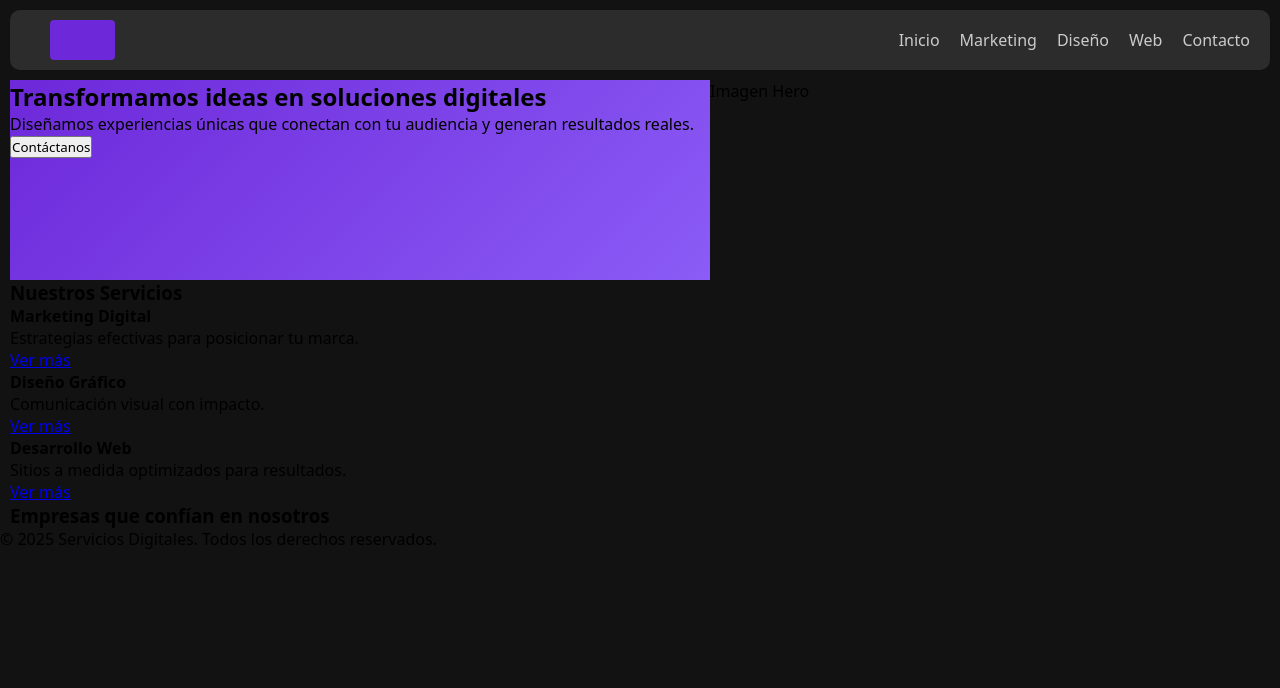
Repository: santinogarrone/TrabajoAgustin
Page: html/index.html
An editor plug-in stored every save of this project. The page is shown before and after a run of saves, followed by the edit.
The browser window is 1280 px wide. The pictures show the whole page.

Above is the page before, as saved 2025-05-02 12:03:15.

### html/index.html
<!DOCTYPE html>
<html lang="en">
<head>
    <meta charset="UTF-8">
    <meta name="viewport" content="width=device-width, initial-scale=1.0">
    <link rel="stylesheet" href="../css/style.css">
    <title>Página de Agustin</title>
</head>
<body>

    <header>
        <nav class="nav-bar">
            <div class="cuadrado-violeta">

            </div>


            <ul class="nav-list">
                <li class="nav-item"><a href="">Inicio</a></li>
                <li class="nav-item"><a href="">Marketing</a></li>
                <li class="nav-item"><a href="">Diseño</a></li>
                <li class="nav-item"><a href="">Web</a></li>
                <li class="nav-item"><a href="">Contacto</a></li>
            </ul>

            <button class="menu-icon" aria-label="menu">
                <span class="menu-line"></span>
                <span class="menu-line"></span>
                <span class="menu-line"></span>
            </button>
        </nav>
    </header>
        <main>

            <section class="main-contact">
                <div class="contacto">
                    <h2 class="tit-contacto">Transformamos ideas en soluciones digitales</h2>
                    <p class="explicacion">Diseñamos experiencias únicas que conectan con tu audiencia y generan resultados reales.</p>

                    <button class="boton-contactar" onclick="location.href='../html/contacto.html'">
                        Contáctanos
                    </button>
                </div>

                <div class="img-hero">
                    Imagen Hero
                </div>
            </section>

            <section class="servicios">
                <h3>Nuestros Servicios</h3>

                <div class="card">
                    <h4>Marketing Digital</h4>
                    <p>Estrategias efectivas para posicionar tu marca.</p>
                    <a href="../html/marketing.html">Ver más</a>
                </div>

                <div class="card">
                    <h4>Diseño Gráfico</h4>
                    <p>Comunicación visual con impacto.</p>
                    <a href="#">Ver más</a>
                </div>

                <div class="card">
                    <h4>Desarrollo Web</h4>
                    <p>Sitios a medida optimizados para resultados.</p>
                    <a href="#">Ver más</a>
                </div>

            </section>

            <section class="empresas">
                <h3>Empresas que confían en nosotros</h3>
                <article class="logos">
                    <div class="logo"></div>
                    <div class="logo"></div>
                    <div class="logo"></div>
                    <div class="logo"></div>
                </article>

            </section>

        </main>

    <footer>
        <div class="ftr">
            <p>&copy; 2025 Servicios Digitales. Todos los derechos reservados.</p>
        </div>
    </footer>
</body>
</html>

### css/style.css
@import url(./global.css);

*{
    margin: 0;
    padding: 0;
    box-sizing: border-box;
    font-family: var(--font-family);
}


body{
    background-color: var(--fondo-color);
    height: 100%;
}
main{
    margin: 0 10px;
}

header{
    padding: 10px;
}
.cuadrado-violeta{
    display: block;
    width: 65px;
    height: 40px;
    background-color: var(--primary-color-original);
    border-radius: 4px;
    margin-left: 20px;
}


.nav-bar {
    display: flex;
    align-items: center;
    justify-content: space-between;
    background-color: #2c2c2c;
    padding: 10px 20px;
    border-radius: 10px;
    position: relative;
  }

  .menu-icon {
    display: none;
  }

  .menu-line {
    height: 4px;
    background-color: white;
    border-radius: 2px;
    width: 100%;
  }

  .nav-list {
    display: flex;
    gap: 20px;
    list-style: none;
    margin: 0;
    padding: 0;
  }

  .nav-item a {
    color: #ccc;
    text-decoration: none;
  }

  .main-contact{
    display: flex;
  }
  .main-contact .contacto{
    background: var(--primary-color-gradient);
    width: 700px;
    height: 200px
  }

@media (375px >= width) {

    .hero-img{
        display: none;
    }
    .hero-texto p{
        display: none;
    }
    body{
        background-color: var(--fondo-color);
        height: 100%;
    }

    header{
        background-color: var(--superficie-dos);
        position: sticky;
        top: 0;
        margin: 0;
        border-radius: 0;
    }

    main{
        margin: 0px;
    }
    .explicacion{
        display: none;
    }

    .nav-list{
        display: none;
    }

    .img-hero{
        display: none;
    }
    .cuadrado-violeta{
        display: block;
        width: 65px;
        height: 40px;
        background-color: var(--primary-color-original);
        border-radius: 4px;
        margin-left: 20px;
    }

    .menu-icon{
        width: 30px;
        height: 30px;
        background: transparent;
        display: flex;
        flex-direction: column;
        gap: 4px;
        height: fit-content;
        border: none;
    }

    .menu-line{
        width: 100%;
        height: 4px;
        background-color: var(--texto-color);
        border: none;
        border-radius: 4px;

    }

    .nav-bar{
        display: flex;
        justify-content: space-between;
        align-items: center;
        padding: 5px 16px;
    }


    .main-contact{
        display: flex;
        padding: 24px;
        justify-content: center;
        align-items: center;
    }

    .contacto{
        display: block;
        padding: 34px;
        background: var(--primary-color-gradient);
        border-radius: 10px;
        color: var(--texto-color);
        height: auto;
        font-size: 12px;
    }

    .contacto .tit-contacto{
        text-align: center;
        align-items: center;
        font-weight: bold;
        margin-top: 30px;
    }

    .boton-contactar{
        display: block;
        margin: 0 auto;
        margin-bottom: 20px;
        margin-top: 12px;
        padding: 5px 20px;
        color: var(--primary-claro);
        background-color: var(--fondo-color);
        border-radius: 6px;
        cursor: pointer;
    }

    .servicios{
        display: flex;
        flex-direction: column;
        margin: 0 20px;
    }

    .servicios h3{
        color: var(--texto-color);
    }

    .card{
        margin-top: 5px;
        align-items: center;
        justify-content: center;
        background-color: var(--superficie-dos);
        border-radius: 8px;
        padding: 12px;
        margin-bottom: 15px;
    }

    .card h4{
        color: var(--texto-color);
    }

    .card p{
        color: var(--texto-secundario);
        padding-bottom: 20px;
    }

    .card a{
        display: inline-block;
        margin-bottom: 20px;
        color: var(--texto-color);
        cursor: pointer;
    }

    .empresas{
        display: flex;
        flex-direction: column;
        align-items: flex-start;
        margin-left: 20px;
    }

    .empresas h3{
        color: var(--texto-color);
        margin-bottom: 1rem;
    }

    .logos{
        margin-top: 5px;
        width: 335px;
        display: flex;
        justify-content: center;
        align-items : center;
        gap: 5px;
        background-color: var(--superficie-dos);
        border-radius: 8px;
        padding: 20px;
        margin-bottom: 10px;
    }

    .logo{
        width: 60px;
        height: 30px;
        background-color: #444444;
        border-radius: 5px;
    }

    .ftr{
        background-color: var(--superficie-dos);
        border-radius: 8px;
        text-align: center;
        margin: 15px 10px;
        padding: 16px;
        color: var(--texto-secundario);
    }
}

### css/global.css
:root{
    --primary-color-gradient : linear-gradient(135deg, #6D28D9, #8B5CF6);
    --primary-color-original : #6D28D9;
    --primary-claro : #8b5cf6;
    --secundary-color : #10b981;
    --acento-color : #f5930b;
    --fondo-color : #121212;
    --superficie-color : #1e1e1e;
    --superficie-dos : #2d2d2d;
    --texto-secundario : #A0A0A0;

    --texto-color : #fff;
    --font-family : 'system-ui'
}

After the next 2 saves:
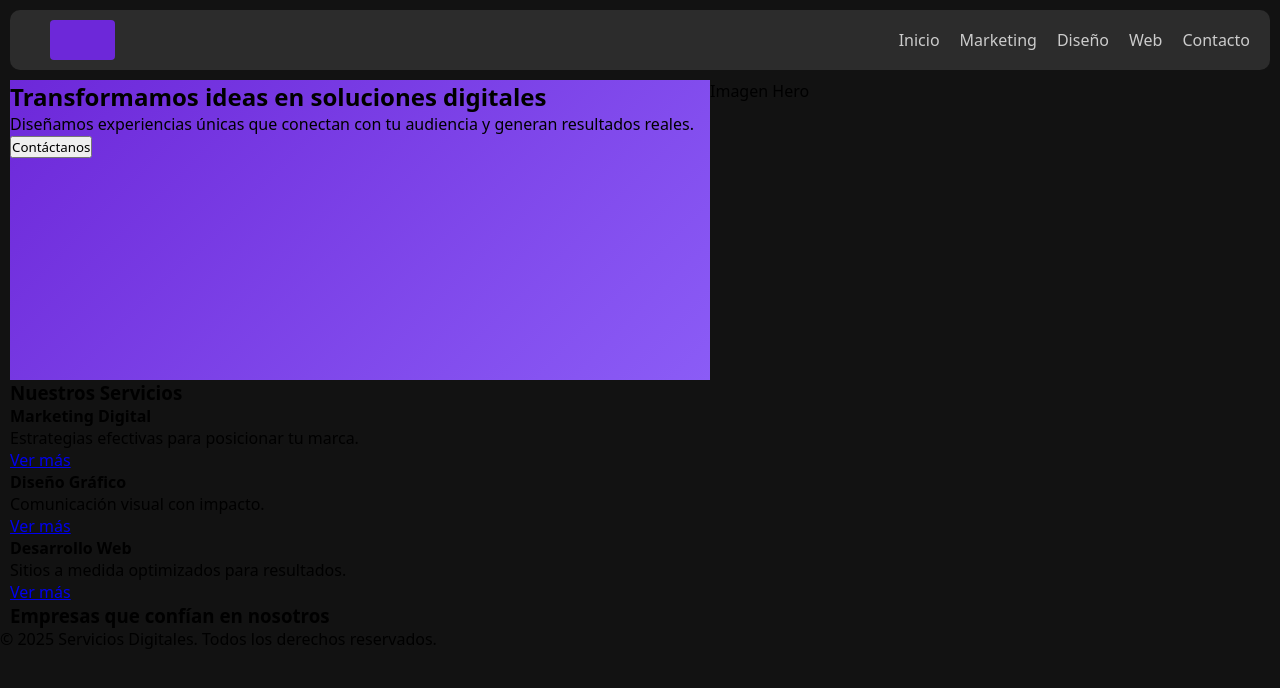
The 2 saves are shown as one change because they came seconds apart.
The last was saved 8 s later.
--- a/css/style.css
+++ b/css/style.css
@@ -69,7 +69,7 @@ header{
   .main-contact .contacto{
     background: var(--primary-color-gradient);
     width: 700px;
-    height: 200px
+    height: 300px
   }
 
 @media (375px >= width) {
